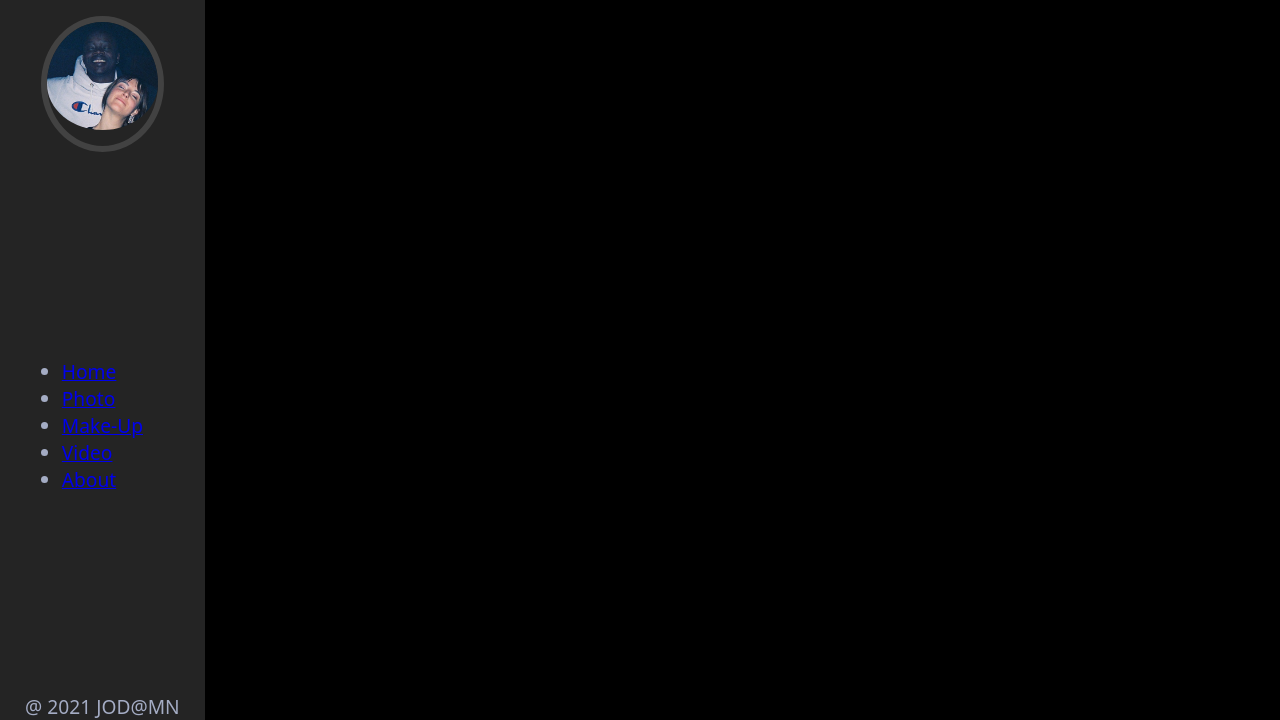
Repository: JordanKnuts/siriusRed
Page: /
The author's editor kept a copy of each file at every save. The page is drawn from the files as they stood at one save, then again after the next save.
The browser window is 1280 px wide. The pictures show the whole page.
The project was rebuilt for these pictures with package versions that can differ from the ones it lists, and the page was loaded fresh each time.

Above is the page before, as saved 2021-04-27 14:44:39.

After the next save:
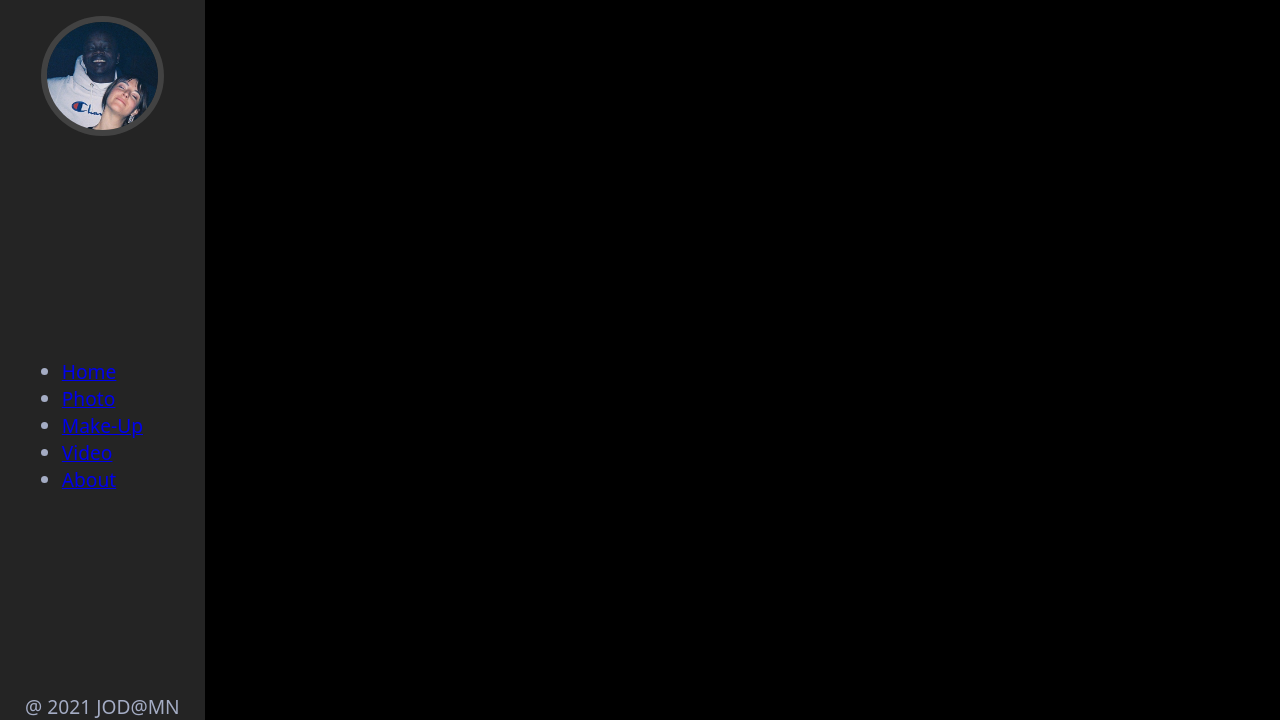
Saved 7 s later.
--- a/src/Styles/_navBar.scss
+++ b/src/Styles/_navBar.scss
@@ -16,7 +16,7 @@
                 width: 60%;
                 border-radius: 100%;
                 border : 6px solid rgb(66, 66, 66);
-                padding-bottom: 1rem;
+                margin-bottom: 1rem;
             }
         }
     }
